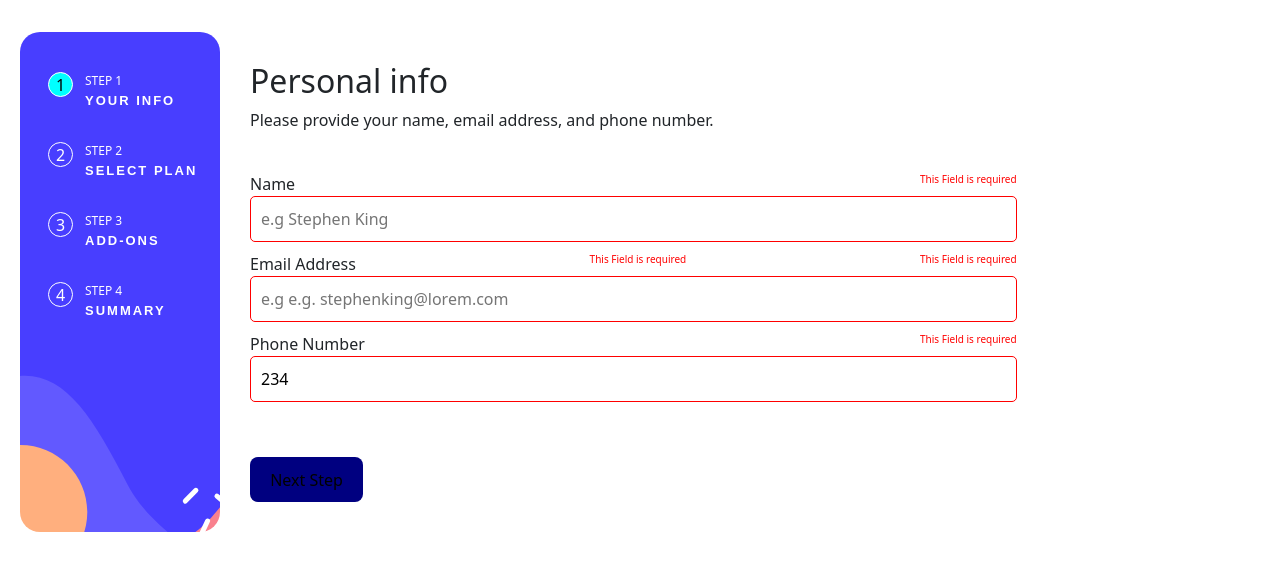
Repository: Celebration-cloud/Multi-Step-Form
Page: /
These files come from the project's save history. The page is drawn as it stood at one moment and after the next save; the edit follows.
The browser window is 1280 px wide. The pictures show the whole page.
The project was rebuilt for these pictures with package versions that can differ from the ones it lists, and the page was loaded fresh each time. Also part of the build but not shown: vite.config.js, src/GoBack.jsx.

Above is the page before, as saved 2023-11-01 14:32:21.

After the next save:
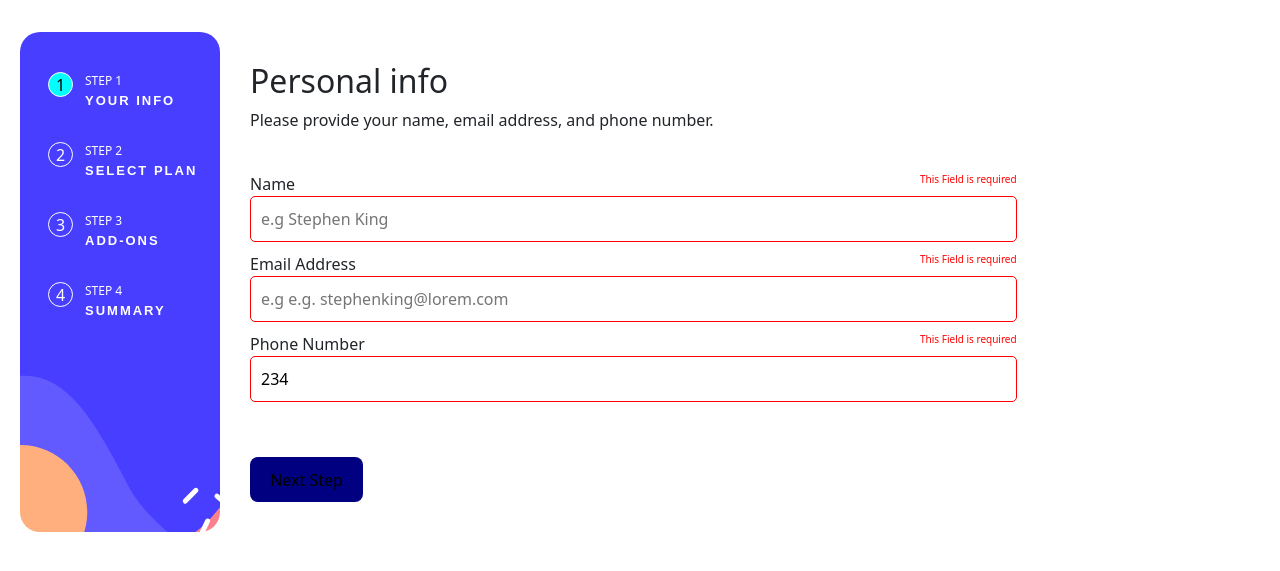
Saved 8 s later.
--- a/src/Procedures/ProceduresList.jsx
+++ b/src/Procedures/ProceduresList.jsx
@@ -70,7 +70,7 @@ function PersonalInfo({store}) {
             This Field is required
           </span>
         )}
-        {personalData.email.length < 1 && (
+        {personalData.email.length < 0 && (
           <span style={{ color: "red", fontSize: 10 }}>
             This Field is required
           </span>
